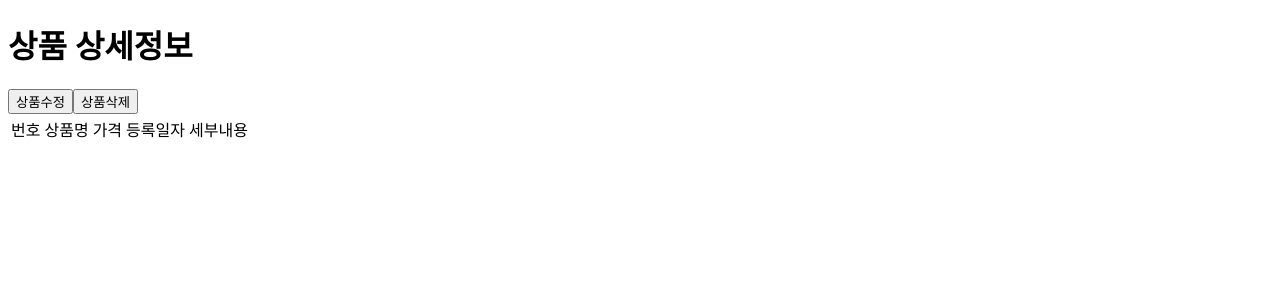
Repository: sujeong1799/JSP
Page: http://localhost/jsp_study/detail.jsp
These files come from the project's save history. The page is drawn as it stood at one moment and after the next save; the edit follows.
The browser window is 1280 px wide. The pictures show the whole page.
The page is served by Tomcat 9.

Above is the page before, as saved 2023-05-11 05:07:53.

After the next save:
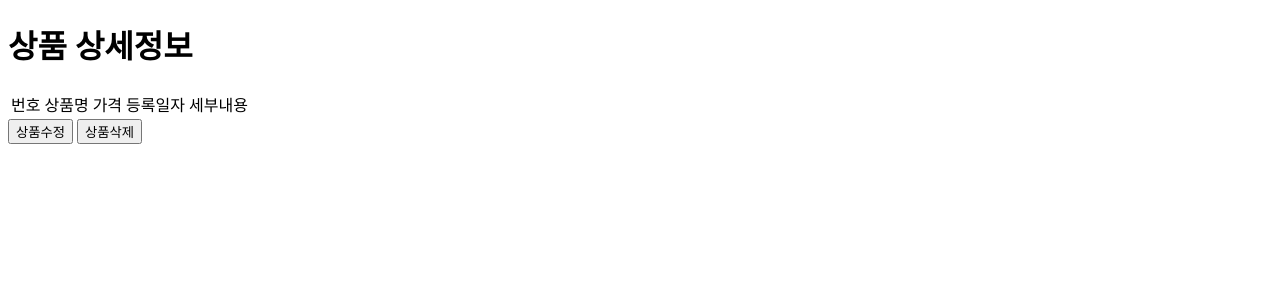
Saved 20 s later.
--- a/jsp_project1/jsp_study/src/main/webapp/detail.jsp
+++ b/jsp_project1/jsp_study/src/main/webapp/detail.jsp
@@ -19,10 +19,12 @@
 			</tr>
 		</thead>
 		<tbody>
+
+
+		</tbody>
+	</table>
 		<a href="index.jsp"><button type="button">상품수정</button></a>
 		<a href="index.jsp"><button type="button">상품삭제</button></a>
-		</tbody>
-	</table>
 
 </body>
 </html>
